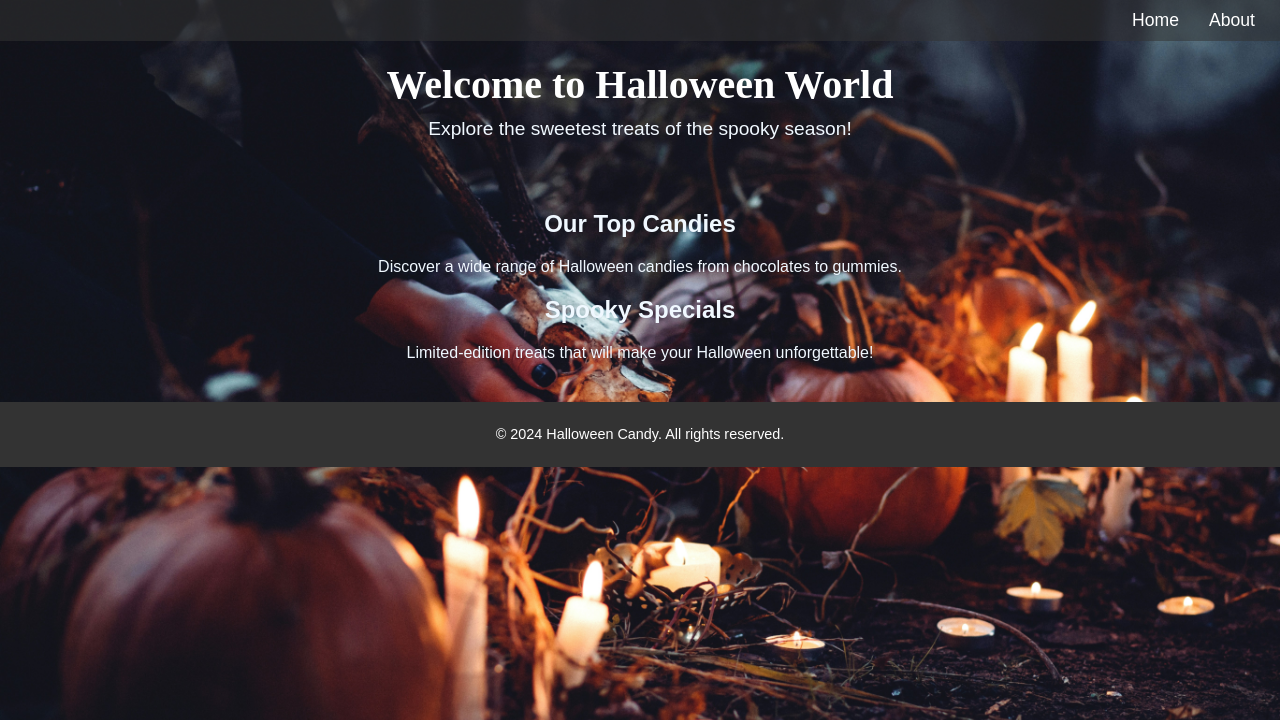
Repository: monicaifijeh/test2
Page: kyportfolio/src/indexHallo.html
The author's editor kept a copy of each file at every save. The page is drawn from the files as they stood at one save, then again after the next save.
The browser window is 1280 px wide. The pictures show the whole page.

Above is the page before, as saved 2024-12-20 17:42:57.

### kyportfolio/src/indexHallo.html
<!DOCTYPE html>
<html lang="en">
  <head>
    <meta charset="UTF-8" />
    <meta name="viewport" content="width=device-width, initial-scale=1.0" />
    <title>Halloween Candy</title>
    <link rel="stylesheet" href="kystyle.css" />
  </head>
  <body>
    <nav>
      <ul>
        <li><a href="indexHallo.html">Home</a></li>
        <li><a href="aboutHallo.html">About</a></li>
      </ul>
    </nav>
    <header>
      <h1>Welcome to Halloween World</h1>
      <p>Explore the sweetest treats of the spooky season!</p>
    </header>
    <main>
      <section class="intro">
        <h2>Our Top Candies</h2>
        <p>
          Discover a wide range of Halloween candies from chocolates to gummies.
        </p>
      </section>
      <section class="intro">
        <h2>Spooky Specials</h2>
        <p>
          Limited-edition treats that will make your Halloween unforgettable!
        </p>
      </section>
    </main>
    <footer>
      <p>&copy; 2024 Halloween Candy. All rights reserved.</p>
    </footer>
  </body>
</html>

### kyportfolio/src/kystyle.css
body {
    font-family: Arial, sans-serif;
    margin: 0;
    padding: 0;
background-image: url("/kyportfolio/images/freestocks-twVS-YjQn9Y-unsplash.jpg");
background-repeat: no-repeat;
background-size: cover;
}

header {
    text-align: center;
    padding: 20px;

}

header h1 {
    margin: 0;
    font-size: 2.5rem;
   color: #fff;
   font-family: fantasy;
}
.intro{
    color: aliceblue;
    text-align: center;
}

header p {
    color: aliceblue;
    margin: 10px 0;
    font-size: 1.2rem;
}

nav ul {
    display: flex;
    justify-content: right;
    list-style: none;
    padding: 10px;
    background-color: #3333338a;
    margin: 0;
    position: sticky;
}

nav ul li {
    margin: 0 15px;
}

nav ul li a {
    text-decoration: none;
    color: #fff;
    font-size: 1.1rem;
}

nav ul li a:hover {
    text-decoration: underline;
}

main {
    padding: 20px;
}

section {
    margin-bottom: 20px;
}

footer {
    position:relative;
    text-align: center;
    padding: 10px;
    background-color: #333;
    color: #fff;
    font-size: 0.9rem;

}

After the next save:
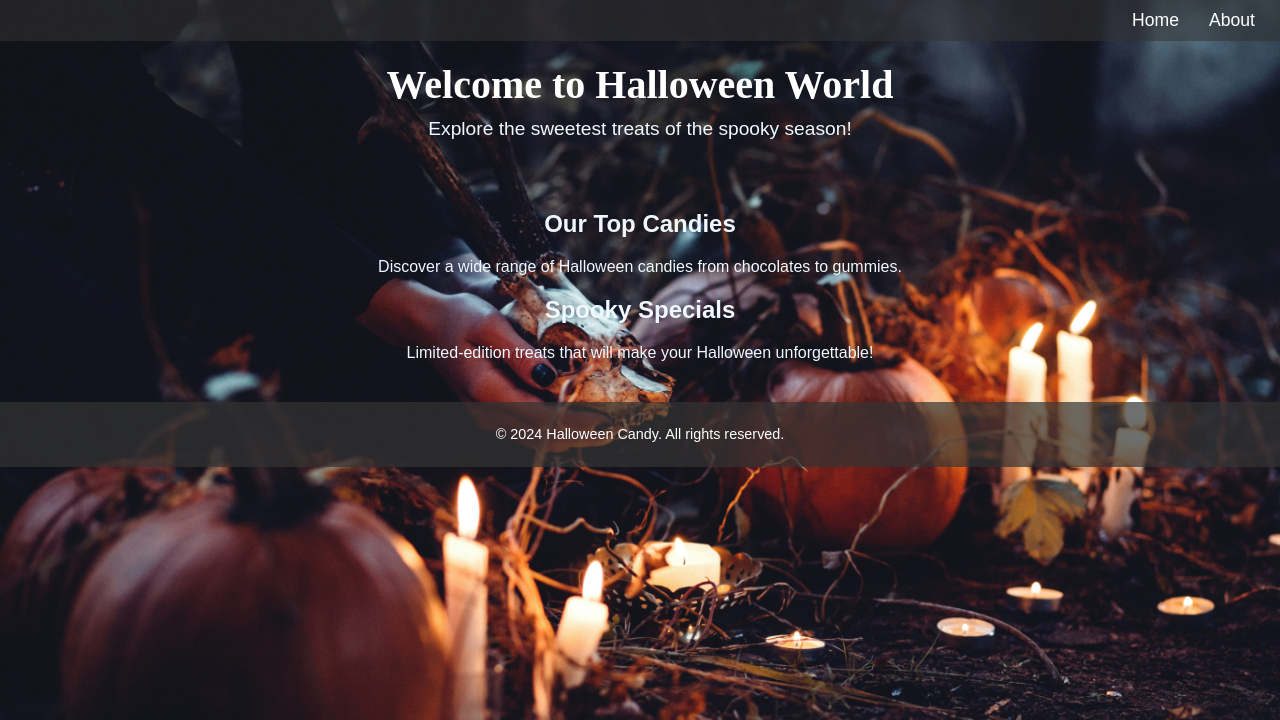
Saved 25 s later.
--- a/kyportfolio/src/kystyle.css
+++ b/kyportfolio/src/kystyle.css
@@ -66,7 +66,7 @@ footer {
     position:relative;
     text-align: center;
     padding: 10px;
-    background-color: #333;
+    background-color: #333333b4;
     color: #fff;
     font-size: 0.9rem;
 
